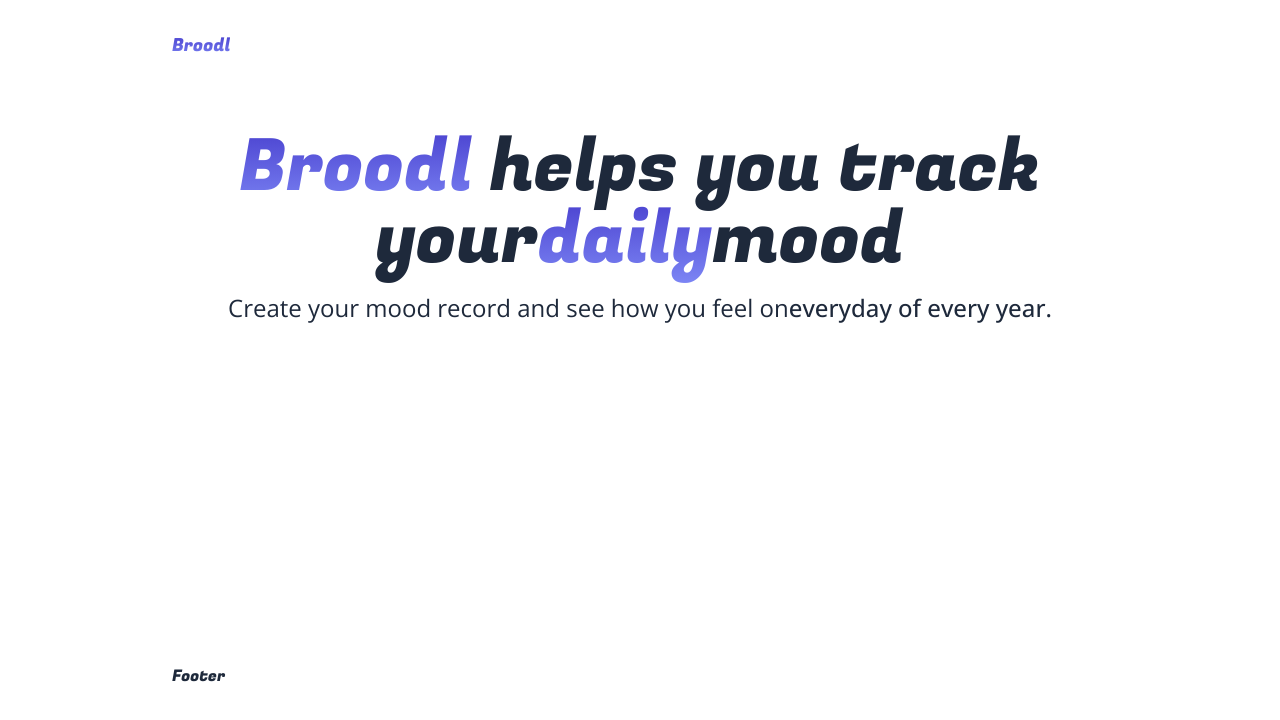
Repository: Nathan-spec/mood-app-next
Page: /
An editor plug-in stored every save of this project. The page is shown before and after a run of saves, followed by the edit.
The browser window is 1280 px wide. The pictures show the whole page.
The project was rebuilt for these pictures with package versions that can differ from the ones it lists, and the page was loaded fresh each time. The framework's server and built-in components were replaced by stand-ins that run in the browser. Also part of the build but not shown: next.config.mjs.

Above is the page before, as saved 2024-10-14 10:52:02.

After the next 3 saves:
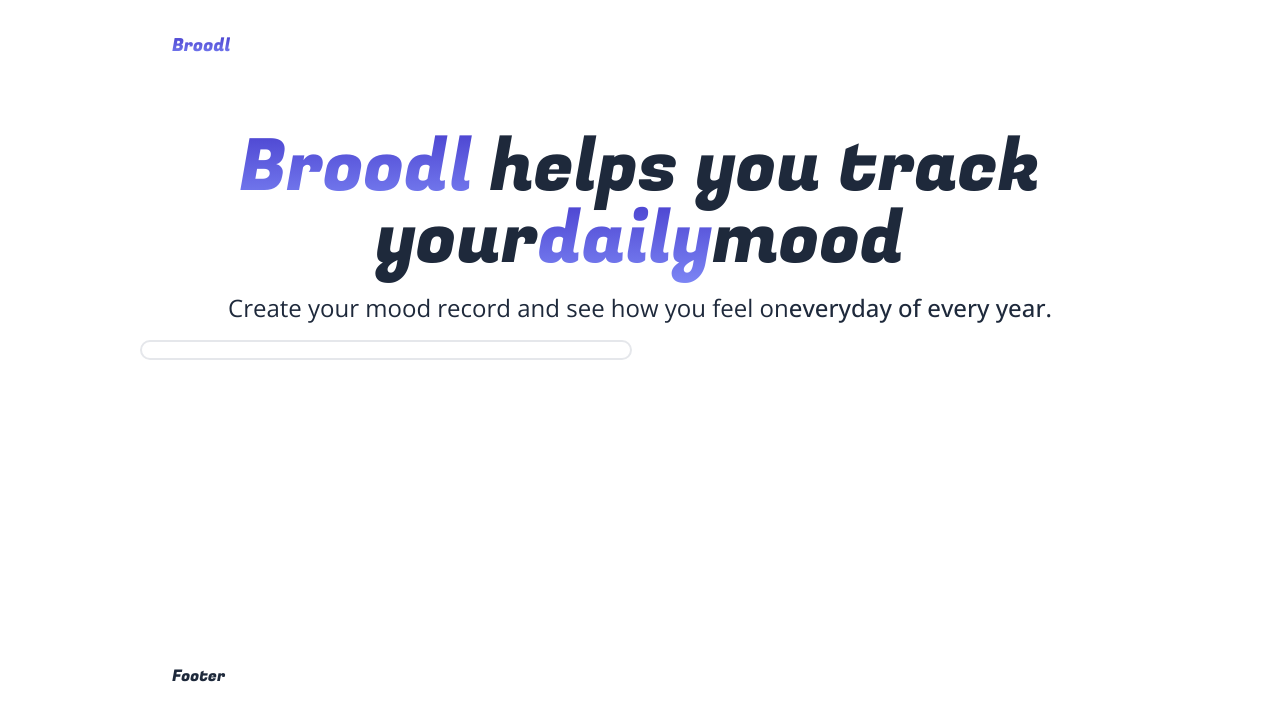
The 3 saves are shown as one change because 1 did not build or start and some came seconds apart.
The last was saved 23 s later.
--- a/components/Hero.js
+++ b/components/Hero.js
@@ -1,5 +1,6 @@
 import { Fugaz_One } from 'next/font/google';
 import React from 'react'
+import Button from './Button';
 
 const fugaz = Fugaz_One({ subsets: ["latin"], weight: ['400']});
 
@@ -14,7 +15,7 @@ export default function Hero() {
             <p className='text-lg sm:text-xl md:text-2xl text-center'>Create your mood record and see how you feel on
                 <span className='font-medium'>everyday of every year.</span></p>
     <div className='grid grid-cols-2 gap-4'>
-
+      <Button/>
     </div>
     </div>
   )
